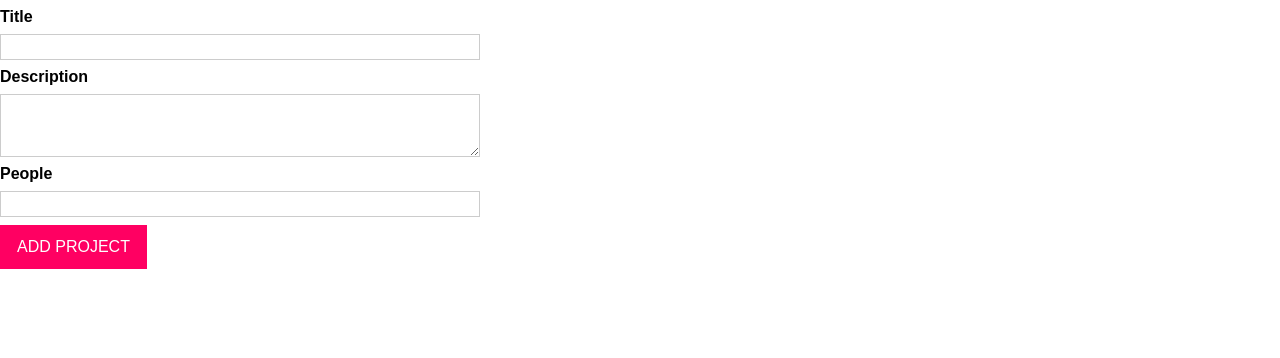
Repository: Mrkewl/drag-drop-UI-TypeScript
Page: /
These files come from the project's save history. The page is drawn as it stood at one moment and after the next save; the edit follows.
The browser window is 1280 px wide. The pictures show the whole page.
The project was rebuilt for these pictures with package versions that can differ from the ones it lists, and the page was loaded fresh each time. Also part of the build but not shown: webpack.config.js.

Above is the page before, as saved 2022-05-03 21:24:12.

### index.html
<!DOCTYPE html>
<html lang="en">
  <head>
    <meta charset="UTF-8" />
    <meta name="viewport" content="width=device-width, initial-scale=1.0" />
    <meta http-equiv="X-UA-Compatible" content="ie=edge" />
    <title>ProjectManager</title>
    <link rel="stylesheet" href="app.css" />
    <script src="dist/app.js" defer></script>
  </head>
  <body>
    <template id="project-input">
      <form>
        <div class="form-control">
          <label for="title">Title</label>
          <input type="text" id="title" />
        </div>
        <div class="form-control">
          <label for="description">Description</label>
          <textarea id="description" rows="3"></textarea>
        </div>
        <div class="form-control">
          <label for="people">People</label>
          <input type="number" id="people" step="1" min="0" max="10" />
        </div>
        <button type="submit">ADD PROJECT</button>
      </form>
    </template>
    <template id="single-project">
      <li></li>
    </template>
    <template id="project-list">
      <section class="projects">
        <header>
          <h2></h2>
        </header>
        <ul></ul>
      </section>
    </template>
    <div id="app"></div>
  </body>
</html>

### src/app.ts
class ProjectInput {
  templateElement: HTMLTemplateElement;
  hostElement: HTMLDivElement;
  element: HTMLFormElement;
  constructor() {
    this.templateElement = (<HTMLTemplateElement>(
      document.getElementById("project-input")!
    )) as HTMLTemplateElement;
    this.hostElement = document.getElementById("app")! as HTMLDivElement;

    const importedNode = document.importNode(
      this.templateElement.content,
      true
    );
    this.element = importedNode.firstElementChild as HTMLFormElement;
    this.element.id = 'user'
    this.attach();
  }

  private attach() {
    this.hostElement.insertAdjacentElement("afterbegin", this.element);
  }
}

const prjInput = new ProjectInput();

### app.css
* {
  box-sizing: border-box;
}

html {
  font-family: sans-serif;
}

body {
  margin: 0;
}

label,
input,
textarea {
  display: block;
  margin: 0.5rem 0;
}

label {
  font-weight: bold;
}

input,
textarea {
  font: inherit;
  padding: 0.2rem 0.4rem;
  width: 100%;
  max-width: 30rem;
  border: 1px solid #ccc;
}

input:focus,
textarea:focus {
  outline: none;
  background: #fff5f9;
}

button {
  font: inherit;
  background: #ff0062;
  border: 1px solid #ff0062;
  cursor: pointer;
  color: white;
  padding: 0.75rem 1rem;
}

button:focus {
  outline: none;
}

button:hover,
button:active {
  background: #a80041;
  border-color: #a80041;
}

.projects {
  margin: 1rem;
  border: 1px solid #ff0062;
}

.projects header {
  background: #ff0062;
  height: 3.5rem;
  display: flex;
  justify-content: center;
  align-items: center;
}

#finished-projects {
  border-color: #0044ff;
}

#finished-projects header {
  background: #0044ff;
}

.projects h2 {
  margin: 0;
  color: white;
}

.projects ul {
  list-style: none;
  margin: 0;
  padding: 1rem;
}

.projects li {
  box-shadow: 1px 1px 8px rgba(0, 0, 0, 0.26);
  padding: 1rem;
  margin: 1rem;
}

.projects li h2 {
  color: #ff0062;
  margin: 0.5rem 0;
}

#finished-projects li h2 {
  color: #0044ff;
}

.projects li h3 {
  color: #575757;
  font-size: 1rem;
}

.project li p {
  margin: 0;
}

.droppable {
  background: #ffe3ee;
}

#finished-projects .droppable {
  background: #d6e1ff;
}

#user-input {
  margin: 1rem;
  padding: 1rem;
  border: 1px solid #ff0062;
  background: #f7f7f7;
}

After the next save:
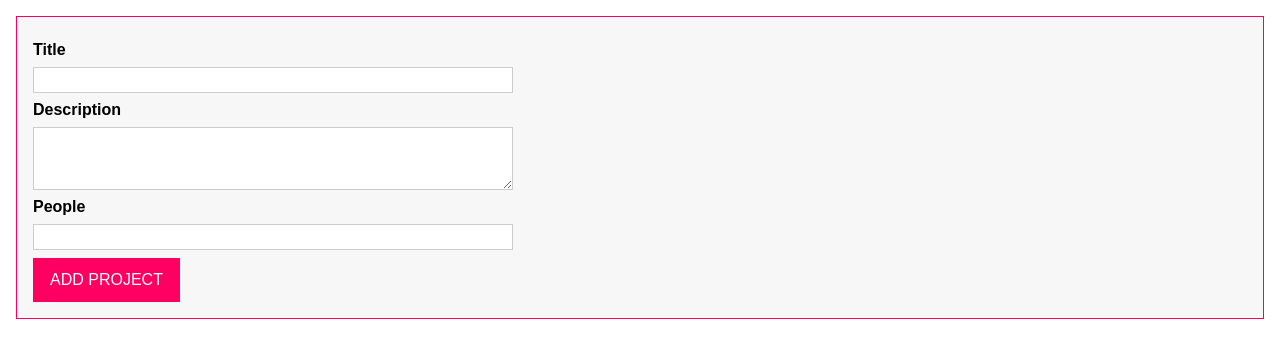
Saved 11 s later.
--- a/src/app.ts
+++ b/src/app.ts
@@ -13,7 +13,7 @@ class ProjectInput {
       true
     );
     this.element = importedNode.firstElementChild as HTMLFormElement;
-    this.element.id = 'user'
+    this.element.id = 'user-input'
     this.attach();
   }
 
